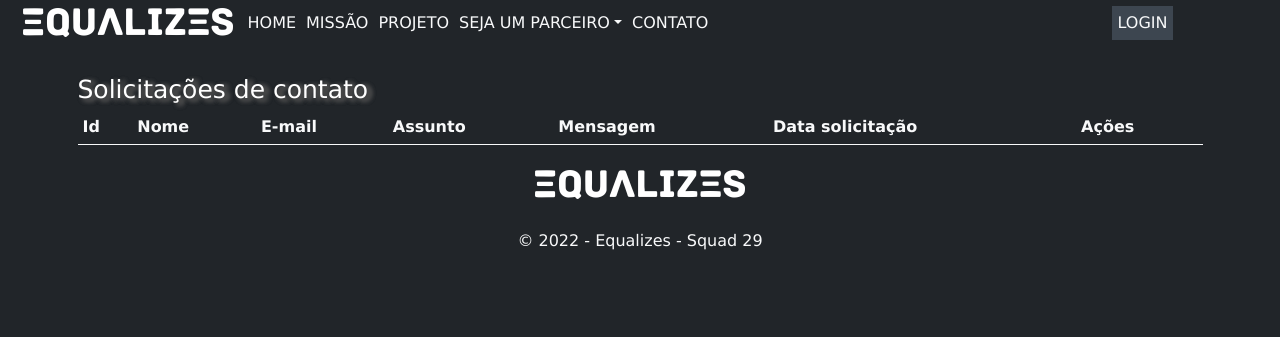
Repository: SQUAD29T3/-SpringEqualizesFinal
Page: http://localhost/admin/contato/listar
The author's editor kept a copy of each file at every save. The page is drawn from the files as they stood at one save, then again after the next save.
The browser window is 1280 px wide. The pictures show the whole page.
Some web fonts or font styles are not loaded; a fallback is used. The page is this project's Thymeleaf template; nobody is signed in. The template is opened directly, without the code that normally fills it, so the values that code supplies are empty.

Above is the page before, as saved 2022-10-25 01:44:09.
Console error: TypeError: Cannot set properties of null (setting 'value')

### SpringEqualizes/src/main/resources/templates/admin/contato/listar.html
<!DOCTYPE html>
<html lang="pt-br">

<head>
	<meta charset="UTF-8">
	<meta http-equiv="X-UA-Compatible" content="IE=edge">
	<meta name="viewport" content="width=device-width, initial-scale=1.0">

	<!-- BOOTSTRAP CSS -->
	<link href="https://cdn.jsdelivr.net/npm/bootstrap@5.0.2/dist/css/bootstrap.min.css" rel="stylesheet"
		integrity="sha384-EVSTQN3/azprG1Anm3QDgpJLIm9Nao0Yz1ztcQTwFspd3yD65VohhpuuCOmLASjC" crossorigin="anonymous">

	<!-- ICON DO SITE (E) -->
	<link rel="shortcut icon" th:href="@{/img/icon.jpg}" type="image/x-icon">


	<!-- GOOGLE ICON -->
	<link rel="stylesheet"
		href="https://fonts.googleapis.com/css2?family=Material+Symbols+Outlined:opsz,wght,FILL,GRAD@48,400,0,0" />

	<!-- CSS EXTERNO -->
	<link rel="stylesheet" th:href="@{css/all.css}">




	<title> Solicitação de contato realizada com sucesso! | Equalizes </title>

</head>

<body>


	<div class="container-fluid">

		<!-- INÍCIO MENU -->

		<div class="row">

			<div class="col-12 mb-5">

				<nav class="navbar navbar-expand-lg navbar-light bg-dark">
					<div class="container-fluid">
						<a class="navbar-brand" href="/">

							<img th:src="@{/img/logo_equalizes_white.png}" alt="logo" class="logo">

						</a>
						<button class="navbar-toggler d-lg-none" type="button" data-bs-toggle="collapse"
							data-bs-target="#collapsibleNavId" aria-controls="collapsibleNavId" aria-expanded="false"
							aria-label="Toggle navigation" style="background-color: #164B66;">
							<span class="navbar-toggler-icon"></span>
						</button>
						<div class="collapse navbar-collapse text-center" id="collapsibleNavId">
							<ul class="navbar-nav me-auto mt-2 mt-lg-0">
								<li class="nav-item active">
									<a class="nav-link text-light btn-hover" href="/"> HOME <span
											class="visually-hidden">(current)</span></a>
								</li>
								<li class="nav-item">
									<a class="nav-link text-light btn-hover" href="/"> MISSÃO </a>
								</li>
								<li class="nav-item">
									<a class="nav-link text-light btn-hover" href="/"> PROJETO </a>
								</li>

								<li class="nav-item dropdown">
									<a class="nav-link dropdown-toggle text-light btn-hover" href="#" id="dropdownId"
										data-bs-toggle="dropdown" aria-haspopup="true" aria-expanded="false">SEJA UM
										PARCEIRO</a>
									<div class="dropdown-menu" aria-labelledby="dropdownId">
										<a class="dropdown-item text-center btn-hover"
											href="/cadastroEscola">ESCOLAS</a>

										<hr class="dropdown-divider">

										<a class="dropdown-item text-center btn-hover"
											href="/cadastroEmpresa">EMPRESAS</a>
									</div>
								</li>

								<li class="nav-item">
									<a class="nav-link text-light btn-hover" href="/contato"> CONTATO </a>
								</li>
								<li class="nav-item">
									<a class="nav-link text-light btn-login float-right" href="/login"> LOGIN </a>
								</li>

							</ul>

						</div>
					</div>
				</nav>

			</div>

		</div>

		<!-- FIM MENU -->


		<!-- INÍCIO LISTA -->

		<div class="container">

		<div class="row">
			<div class="col-sm-12">
				<h1>Solicitações de contato</h1>
			</div>
		</div>

		<div class="row" id="table">
			<div class="col-sm-12">
				<table class="table text-light">
					<thead>
						<tr>
							<th scope="col">Id</th>
							<th scope="col">Nome</th>
							<th scope="col">E-mail</th>
							<th scope="col">Assunto</th>
							<th scope="col">Mensagem</th>
							<th scope="col">Data solicitação</th>
							<th scope="col" colspan="2">Ações</th>
						</tr>
					</thead>
					<tbody>
						<tr th:each="contatos : ${contatos}">
							<th scope="row" th:text="${contatos.id}"></th>
							<td th:text="${contatos.nome}"></td>
							<td th:text="${contatos.email}"></td>
							<td th:text="${contatos.assunto}"></td>
							<td th:text="${contatos.mensagem}"></td>
							<td th:text="${contatos.dataContato}"></td>
							<td>

							<!--
								<a th:href="@{/{id}/editarCargo (id=${cargo.id})}" class="btn btn-warning">
									Editar
								</a>
							</td>
							<td>
								<a th:href="@{/{id}/excluirCargo (id=${cargo.id})}" class="btn btn-danger"
									onclick="return confirm('Tem certeza que deseja excluir o cargo?');">
									Excluir
								</a>-->
							</td>
						</tr>
					</tbody>
				</table>
			</div>
		</div>

		<div class="row">
			<div class="col-sm-12">

				<!-- CHAMA A VIEW DE CADASTRO E PASSA UM OBJETO VAZIO
				<a th:href="@{/cadastrarDepartamento}" class="btn btn-primary mt-5 mb-5">Cadastrar novo cargo</a>
			 -->
			</div>

		</div>






		</div>




		<!-- FIM LISTA -->


		<!-- ICON SCROLL TOP -->

		<i onclick="subirTela()" class="ri-arrow-up-s-line" id="icon-top"></i>

		<!-- ICON SCROLL TOP -->


		<!-- RODAPÉ -->

		<footer>


			<div class="row">

				<div class="col-12 text-center mt-4">

					<img th:src="@{/img/logo_equalizes_white.png}" alt="logo" class="logo">

				</div>

			</div>



			<div class="row">

				<div class="col-12 text-center mt-4">


					<div class="icon-redeSociais">

						<a href="https://github.com/SQUAD29T3" target="_blank"> <i class="ri-github-fill"></i></a>


					</div>


				</div>

			</div>


			<div class="row">
				<div class="col-12">

					<p class="text-light text-center pt-4"> &copy 2022 - Equalizes - Squad 29 </p>

				</div>
			</div>


		</footer>

		<!-- FIM RODAPÉ -->

	</div>


	<!-- INSERINDO VALOR AO INPUT DATA -->
	<script>
		const inputDate = document.querySelector('#dataContato');
		const dataHoje = new Date();

		const d = dataHoje.getDate().toString().padStart(2, '0'); // Dia com 2 digitos;
		const m = String(dataHoje.getMonth() + 1).padStart(2, '0'); // Mês com 2 digitos
		const y = dataHoje.getFullYear(); // Ano com 4 digitos


		inputDate.value = `${y}-${m}-${d}`;

	</script>


	<!-- JAVASCRIPT EXTERNO -->
	<script th:src="@{/js/all.js}"></script>


	<!-- BOOTSTRAP JS -->
	<script src="https://cdn.jsdelivr.net/npm/bootstrap@5.0.2/dist/js/bootstrap.bundle.min.js"
		integrity="sha384-MrcW6ZMFYlzcLA8Nl+NtUVF0sA7MsXsP1UyJoMp4YLEuNSfAP+JcXn/tWtIaxVXM"
		crossorigin="anonymous"></script>

</body>

</html>

### SpringEqualizes/src/main/resources/static/js/all.js

//REALIZA O SCROLL
function subirTela() {

    window.scrollTo({
        top: 0,
        left: 0,
        behavior: 'smooth'
    });

}


// CONDIÇÃO PARA MOSTRAR OU NÃO O BOTÃO

function btnScroll() {

    if (window.scrollY < 200) {
        document.getElementById("icon-top").style.display = "none";

    } else {
        document.getElementById("icon-top").style.display = "block";
    }
};

// Monitora o scroll.
window.addEventListener('scroll', btnScroll);



// MENU - ADMIN
function menuToggle() {

    let menuArea = document.getElementById("menu-area");

    if (menuArea.classList.contains('menu-aberto') == true) {

        menuArea.classList.remove('menu-aberto');

    } else {
        menuArea.classList.add('menu-aberto');
    }

}

### SpringEqualizes/src/main/resources/static/css/admin.css
* {
    margin: 0;
    padding: 0;
    box-sizing: border-box;
}


/* SCROLLBAR */

::-webkit-scrollbar {
    width: 1rem;
    height: 0.5rem;
    background-color: #212529;
}

::-webkit-scrollbar-thumb {
    background-color: #164B66;
    border-radius: 20px;
}

/* FIM SCROLLBAR */


html {
    font-size: 62.5%;
}

body {
    font-family: 'Lucida Sans', 'Lucida Sans Regular', 'Lucida Grande', 'Lucida Sans Unicode', Geneva, Verdana, sans-serif;

    font-size: 1.6rem;

}



/* INÍCIO ICON DO SCROLL TOP */

#icon-top {
    background-color: #3d4650;
    color: #ffffff;

    padding: 0.5rem 1rem;
    text-align: center;


    border-radius: 50%;
    box-shadow: 0 0 0.1rem 0.1rem #ffffff;

    display: none;

    font-size: 2rem;
    font-weight: bold;

    position: fixed;
    right: 1rem;
    bottom: 2rem;

    cursor: pointer;
}

#icon-top:hover {
    background-color:  #164B66;
}

/* FIM ICON DO SCROLL TOP */




header {
	background-color: #212529;
	height: 10vh;

	display: flex;
	justify-content: space-between;
	align-items: center;
}


.logo {
    width: 21rem;
    height: 2.9rem;
}

.menuIcon {
   background-color: #212529;
   color: #fff;
   font-size: 3rem;

   padding: 0.1rem;
   border-radius: 1rem;;

}


/* INÍCIO MENU */

aside {
    position: fixed;
    top: 0;
    right: 0;
    z-index: 999;
    display: flex;
}

/* INÍCIO ÁREA DA IMG - ICON MENU */
#menu-opener {
    width: 40px;
    height: 40px;
    cursor: pointer;
    margin-top: 1.2rem;
    margin-right: 0.5rem;
}



/* FIM ÁREA DA IMG - ICON MENU */


/* INÍCIO LISTA/MENU */

#menu-area {
    width: 0;
    height: 100vh;
    background:  #164B66;
    overflow-x: hidden;
    overflow-y: auto;
    transition: all ease .5s;
}

#menu-area ul,
#menu-area li {
    padding: 0;
    list-style: none;
}

#menu-area li {
    display: flex;
    gap: 1rem;
    align-items: center;
    padding: 1rem;
    color: #fff;
    cursor: pointer;
}

#menu-area li:hover {
    background: #212529;
}

/* FIM LISTA/MENU */


/* APLICAÇÃO NO JS - ClassList */
.menu-aberto {
    width: 30rem !important;

}



/* FIM MENU */



.dropdown-menu {
    width: 100%;
    font-size: 1.6rem;
}





.btn-hover {
	background-color: #164B66;
	color: #fff;
	border: none;
	border-radius: 1rem;
    transition: all .2s;
}

.btn-hover:hover {
    background-color: #2EA043;
}


/* FIM MENU */







/* INÍCIO MAIN */

main {
    background-color: #fff;
    color: #3d465038;
    height: auto;
    border-radius: 1rem;
}


/* INÍCIO ADM */
.col-sm-4 > a {
	background-color: #164B66;
	color:  #fff;
	transition: all 0.2s;
	gap: 1rem;
	padding: 1rem;

	display: flex !important;
	flex-direction: column !important;

}

.col-sm-4 a:hover {
	background-color: #0C7EB3;
	color: #fff;
}








h1 {
	color: #164B66;
	text-align: center;
	margin: 2rem 0;
}


input {
	padding: 0.5rem;
}


/* FIM MAIN */


#table {
	overflow-y: auto;
}


/* INÍCIO FOOTER */

footer {
	background-color: #212529;
    height: auto;
}

.icon-redeSociais {
    font-size: 2.4rem;
}

footer i, a {
    text-decoration: none;
    color: #0C7EB3;
    cursor: pointer;
}


footer i:hover {

    color: #212529;

}

/* FIM FOOTER */




@media only screen and (max-width: 600px) {

	html {
		font-size: 55%;
	}



}

Loaded but not shown: SpringEqualizes/src/main/resources/static/css/all.css (library)

After the next save:
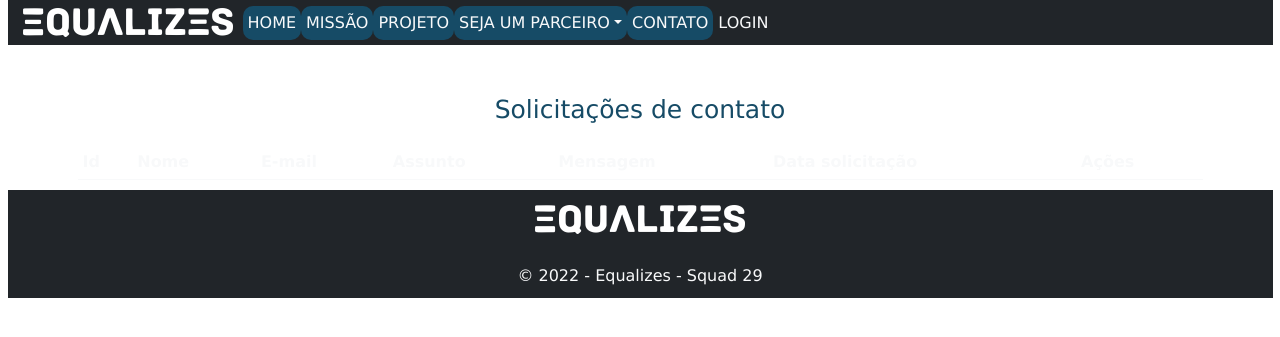
Saved 12 h 37 min later.
--- a/SpringEqualizes/src/main/resources/templates/admin/contato/listar.html
+++ b/SpringEqualizes/src/main/resources/templates/admin/contato/listar.html
@@ -19,7 +19,7 @@
 		href="https://fonts.googleapis.com/css2?family=Material+Symbols+Outlined:opsz,wght,FILL,GRAD@48,400,0,0" />
 
 	<!-- CSS EXTERNO -->
-	<link rel="stylesheet" th:href="@{css/all.css}">
+	<link rel="stylesheet" th:href="@{css/admin.css}">
 
 
 
